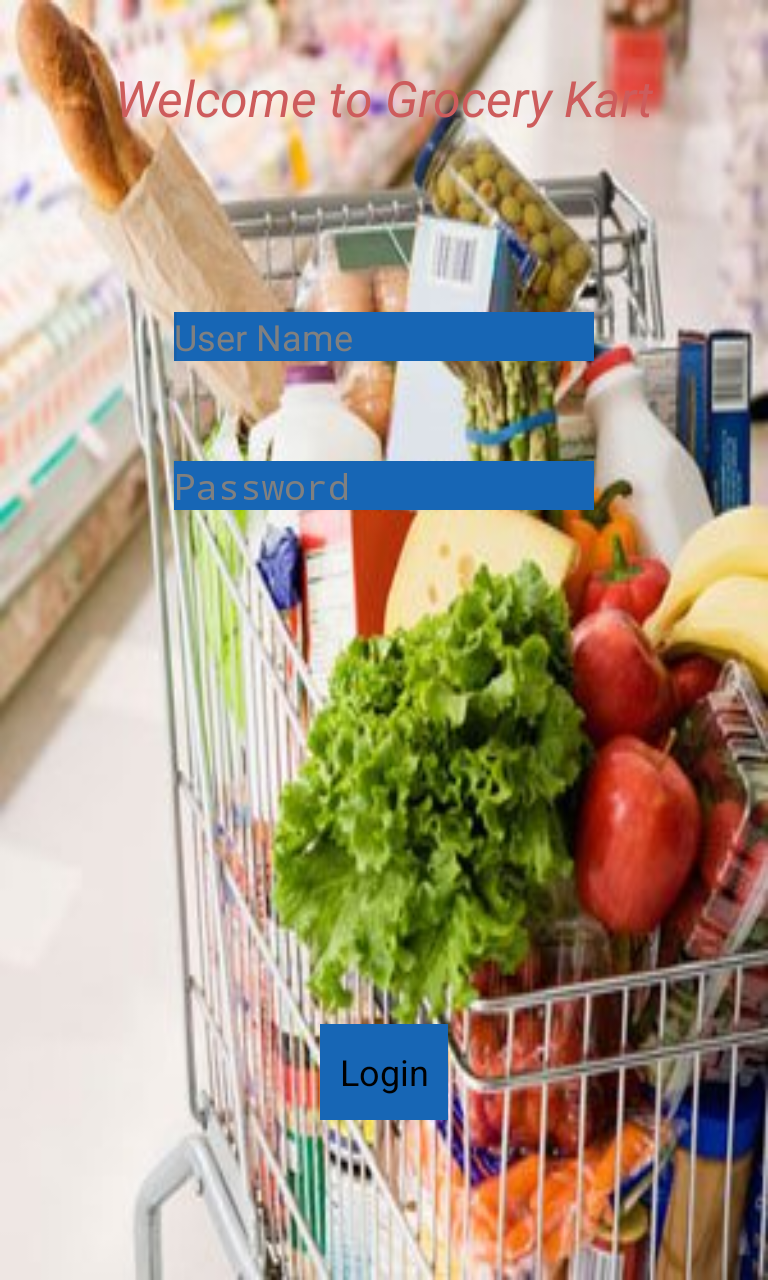
Repository: Shruthi06/designed-droid
Layout: explicitIntent_assignment/res/layout/activity_main.xml
An editor plug-in stored every save of this project. The layout is shown before and after the next save, followed by the edit.
It is drawn on a 768 x 1280 px phone screen (xhdpi) without system bars, with theme AppTheme; the app's code is not run.

Above is the layout before, as saved 2016-02-03 10:49:26.

After the next save:
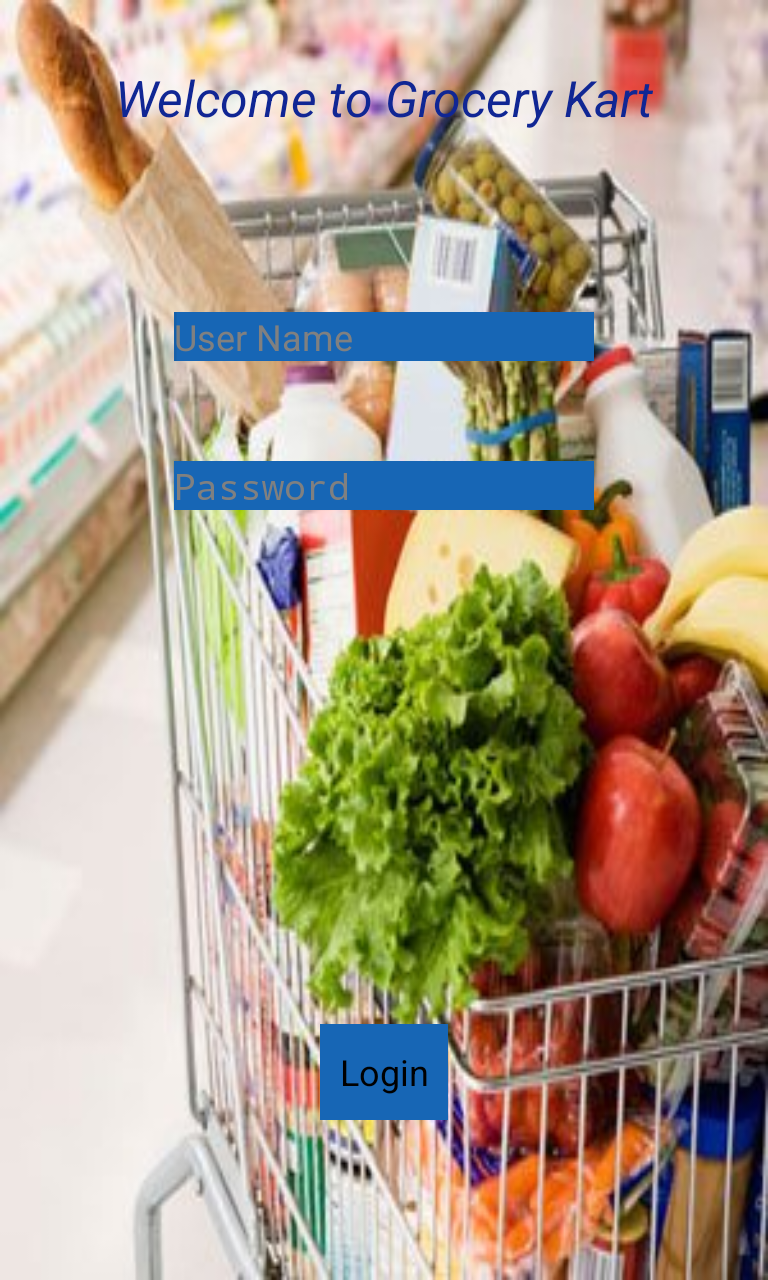
Saved 29 s later.
--- a/explicitIntent_assignment/res/layout/activity_main.xml
+++ b/explicitIntent_assignment/res/layout/activity_main.xml
@@ -54,7 +54,7 @@
         android:layout_marginTop="16dp"
         android:text="Welcome to Grocery Kart"
         android:textAppearance="?android:attr/textAppearanceLarge"
-        android:textColor="#cd5c5c"
+        android:textColor="#102694"
         android:textSize="25dp"
         android:textStyle="italic" />
 
